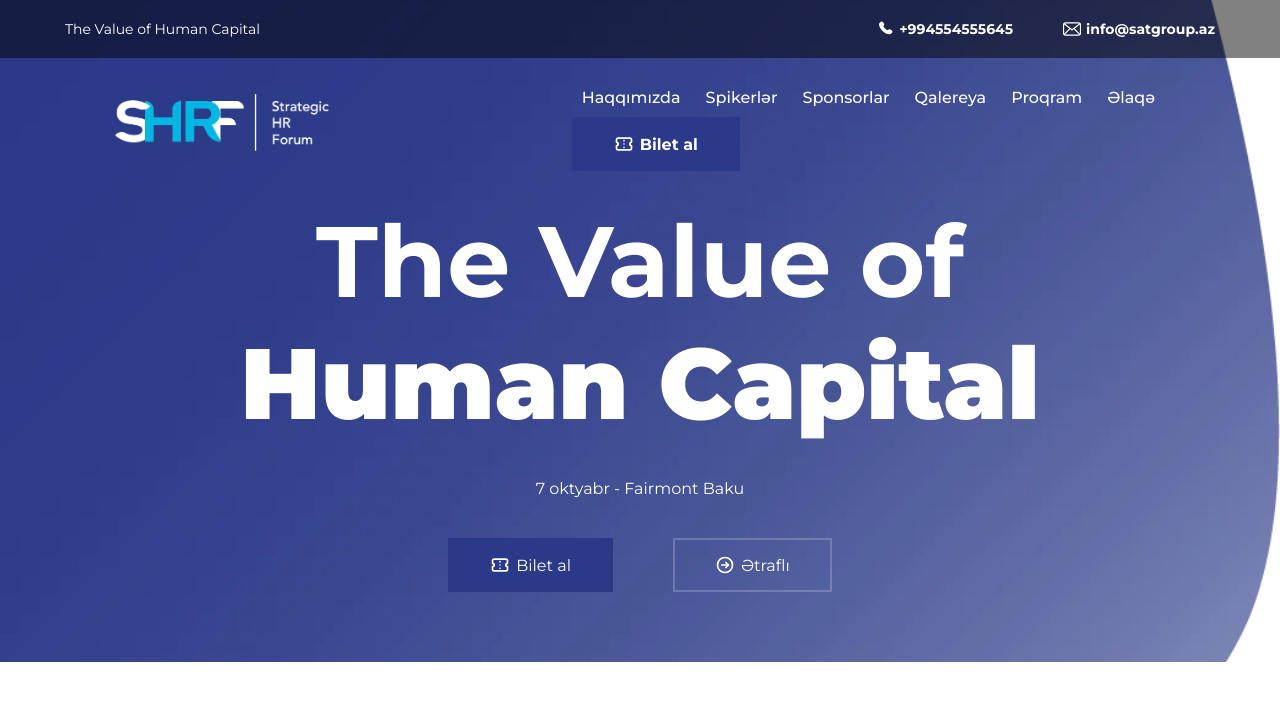
Repository: allahverdiyevabdulhasan/shrf
Page: /
The author's editor kept a copy of each file at every save. The page is drawn from the files as they stood at one save, then again after the next save.
The browser window is 1280 px wide. The pictures show the whole page.
The project was rebuilt for these pictures with package versions that can differ from the ones it lists, and the page was loaded fresh each time. Also part of the build but not shown: vite.config.js, src/App.css.

Above is the page before, as saved 2024-08-16 11:14:57.

After the next save:
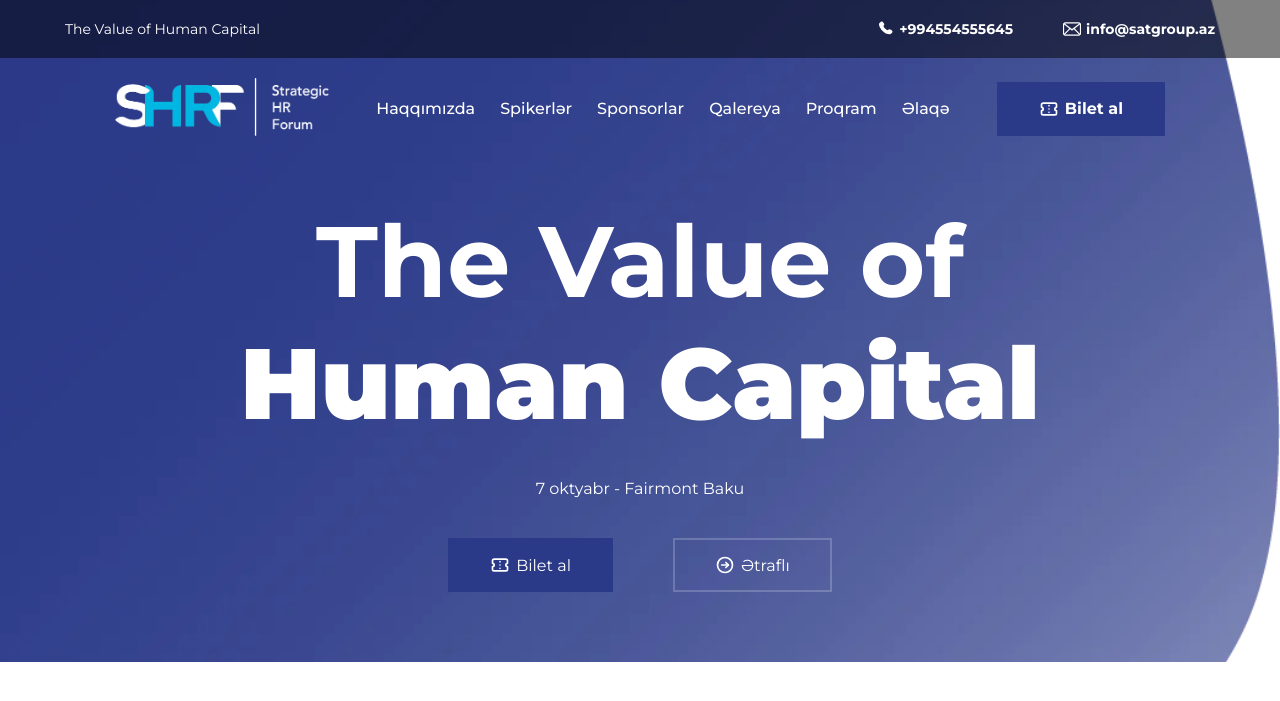
Saved 47 s later.
--- a/src/components/Header/index.jsx
+++ b/src/components/Header/index.jsx
@@ -41,9 +41,9 @@ export default function Header() {
                         <div className={s.logo}>
                             <a href="/"><img src="./public/assets/img/logo.webp" alt="Logo" /></a>
                         </div>
-                        <div className={s.desc__menu}>
-                            <NavItems />
-                        </div>
+
+                        <NavItems />
+
                     </div>
                 </div>
 
